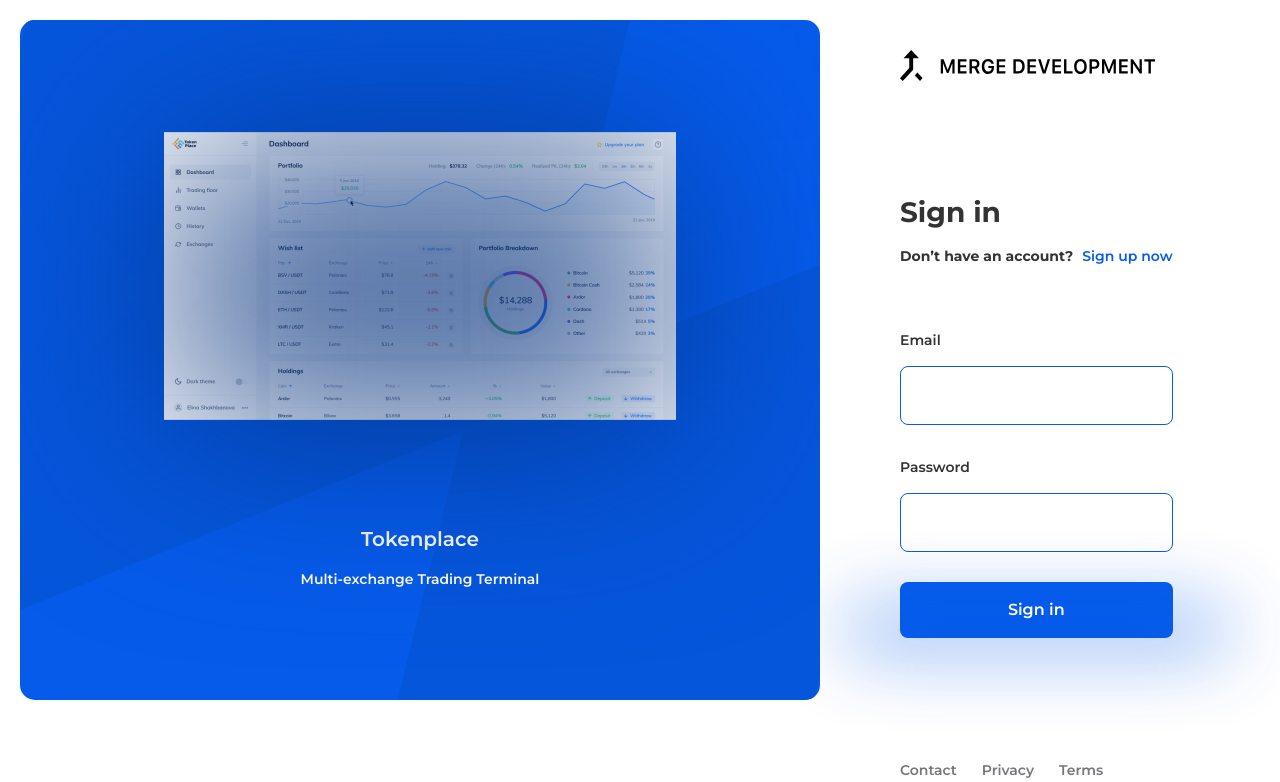
Repository: 13RedFox/form-project
Page: /
These files come from the project's save history. The page is drawn as it stood at one moment and after the next save; the edit follows.
The browser window is 1280 px wide. The pictures show the whole page.
The project was rebuilt for these pictures with package versions that can differ from the ones it lists, and the page was loaded fresh each time.

Above is the page before, as saved 2021-08-04 18:57:52.

### public/index.html
<!DOCTYPE html>
<html lang="en">

<head>
  <meta charset="utf-8" />
  <link rel="icon" href="%PUBLIC_URL%/favicon.ico" />
  <meta name="viewport" content="width=device-width, initial-scale=1" />
  <meta name="theme-color" content="#000000" />
  <meta name="description" content="Web site created using create-react-app" />
  <link rel="apple-touch-icon" href="%PUBLIC_URL%/logo192.png" />
  <link rel="manifest" href="%PUBLIC_URL%/manifest.json" />

  <title>Form Project</title>
  <link rel="preconnect" href="https://fonts.googleapis.com">
  <link rel="preconnect" href="https://fonts.gstatic.com" crossorigin>
  <link href="https://fonts.googleapis.com/css2?family=Montserrat:wght@600;700&display=swap" rel="stylesheet">
</head>

<body>
  <noscript>You need to enable JavaScript to run this app.</noscript>
  <div id="root"></div>
</body>

</html>

### src/index.js
import React from 'react';
import ReactDOM from 'react-dom';
import './index.scss';
import App from './components/App/App';

ReactDOM.render(
  <React.StrictMode>
    <App />
  </React.StrictMode>,
  document.getElementById('root')
);

### src/index.scss
* {
  margin: 0;
  padding: 0;
  box-sizing: border-box;
  font-family: 'Montserrat', -apple-system, BlinkMacSystemFont, 'Segoe UI', 'Roboto', 'Oxygen',
    'Ubuntu', 'Cantarell', 'Fira Sans', 'Droid Sans', 'Helvetica Neue', sans-serif;
  -webkit-font-smoothing: antialiased;
  -moz-osx-font-smoothing: grayscale;
}

### src/components/App/App.jsx
import React from 'react';
import Form from '../Form/Form';
import Slider from '../Slider/Slider';

import styles from './App.module.scss';

function App() {
  return (
    <div className={styles.wrapper}>
      <Slider />
      <Form />
    </div>
  );
}

export default App;

### src/components/Form/Form.jsx
import styles from './Form.module.scss';
import { ReactComponent as LogoIcon } from '../../assets/logo.svg';
import Input from '../Input/Input';
import Button from '../Button/Button';

const Form = () => {
  return (
    <div className={styles.form}>
      <LogoIcon className={styles.icon} />
      <form action="#">
        <h1 className={styles.title}>Sign in</h1>
        <div className={styles.inner}>
          <p className={styles.text}>Don’t have an account?</p>
          <a href="#!" className={styles.signUp}>
            Sign up now
          </a>
        </div>
        <Input label="Email" type="email" className={styles.input} />
        <Input label="Password" type="password" className={styles.input} />
        <Button label="Sign in" disabled={false} className={styles.button} />

        <div className={styles.privacy}>
          <a href="#!" className={styles.privacyText}>
            Contact
          </a>
          <a href="#!" className={styles.privacyText}>
            Privacy
          </a>
          <a href="#!" className={styles.privacyText}>
            Terms
          </a>
        </div>
      </form>
    </div>
  );
};

export default Form;

### src/components/Slider/Slider.jsx
import styles from './Slider.module.scss';

const Slider = () => {
  return (
    <div className={styles.slider}>
      <img src="/top.png" alt="Pic" className={styles.topImage} />
      <div className={styles.card}>
        <div className={styles.wrapperImg}>
          <img src="/slide-1.png" alt="Slider" />
        </div>
        <h2 className={styles.title}>Tokenplace</h2>
        <p className={styles.description}>Multi-exchange Trading Terminal</p>
      </div>
      <img src="/bottom.png" alt="Pic" className={styles.bottomImage} />
    </div>
  );
};

export default Slider;

### src/components/App/App.module.scss
.wrapper {
  max-width: 1440px;
  height: 100vh;
  display: flex;
  background-color: #fff;
  padding: 20px;
  margin: 0 auto;
}

### src/components/Form/Form.module.scss
.form {
  padding-top: 30px;
  color: #333333;
}

.icon {
  cursor: pointer;
  margin-bottom: 110px;
}

.title {
  font-weight: bold;
  font-size: 28px;
  line-height: 34px;
  margin-bottom: 15px;
}

.inner {
  display: flex;
  align-items: center;
  margin-bottom: 60px;
}

.text {
  font-weight: bold;
  font-size: 14px;
  line-height: 24px;
}

.signUp {
  display: flex;
  font-weight: 600;
  font-size: 14px;
  line-height: 24px;
  color: #065bea;
  margin-left: 9px;
  text-decoration: none;
  transition: color 0.15s ease-in-out;

  &:hover {
    color: #0a4ab6;
  }
}

.privacy {
  margin-top: 120px;
}

.privacyText {
  font-weight: 600;
  font-size: 14px;
  line-height: 24px;
  color: #75777a;
  text-decoration: none;
  transition: color 0.15s ease-in-out;
  margin-right: 25px;

  &:last-child {
    margin-right: 0;
  }

  &:hover {
    color: #333;
  }
}

### src/components/Input/Input.jsx
import styles from './Input.module.scss';

const Input = ({ type, label }) => {
  return (
    <label htmlFor="input" className={styles.label}>
      {label}
      <input type={type} className={styles.input} />
    </label>
  );
};

export default Input;

### src/components/Button/Button.jsx
import React from 'react';
import styles from './Button.module.scss';

const Button = ({ label, disabled }) => {
  return (
    <button className={styles.button} disabled={disabled}>
      {label}
    </button>
  );
};

export default Button;

### src/components/Slider/Slider.module.scss
.slider {
  position: relative;
  width: 800px;
  height: 100%;
  background: #065bea;
  border-radius: 15px;
  display: flex;
  justify-content: center;
  align-items: center;
  color: #fff;
  text-align: center;
  margin-right: 80px;
  overflow: hidden;
  z-index: 1;
}

.topImage {
  position: absolute;
  top: -79%;
  left: -50%;
  z-index: -1;
}

.wrapperImg {
  position: relative;
  margin-bottom: 100px;

  &:after {
    content: '';
    position: absolute;
    top: 10px;
    left: 0;
    width: 100%;
    height: 100%;
    background: rgba(0, 46, 123, 0.7);
    filter: blur(100px);
    z-index: 0;
  }
}

.title {
  font-weight: 600;
  font-size: 20px;
  line-height: 26px;
  margin-bottom: 15px;
}

.description {
  font-weight: 600;
  font-size: 14px;
  line-height: 24px;
}

.bottomImage {
  position: absolute;
  bottom: -50%;
  left: 20%;
  z-index: -1;
}

### src/components/Input/Input.module.scss
.label {
  display: flex;
  flex-direction: column;
  font-weight: 600;
  font-size: 14px;
  line-height: 24px;
  color: #333;
  margin-bottom: 30px;
}

.input {
  width: 100%;
  max-width: 420px;
  padding: 20px;

  color: #333;
  background: #ffffff;
  border: 1px solid #065bea;
  border-radius: 8px;

  font-weight: 600;
  font-size: 14px;
  line-height: 17px;
  margin-top: 14px;
}

### src/components/Button/Button.module.scss
.button {
  position: relative;
  width: 100%;
  max-width: 420px;
  padding: 18px 0;
  background: #065bea;
  border-radius: 8px;
  border: none;
  font-weight: 600;
  font-size: 16px;
  line-height: 20px;
  color: #ffffff;
  transition: background-color 0.15s ease-in-out;
  cursor: pointer;
  z-index: 0;

  &:after {
    content: '';
    position: absolute;
    bottom: -5px;
    left: 50%;
    transform: translateX(-50%);
    width: 383px;
    height: 26px;

    background: #065bea;
    opacity: 0.83;
    filter: blur(40px);
    border-radius: 8px;
    z-index: -1;
  }

  &:hover {
    background: #0451d2;
  }

  &:active {
    background: #065bea;
  }

  &:disabled {
    background: #c6d0e0;
    &:after {
      display: none;
    }
  }
}

After the next save:
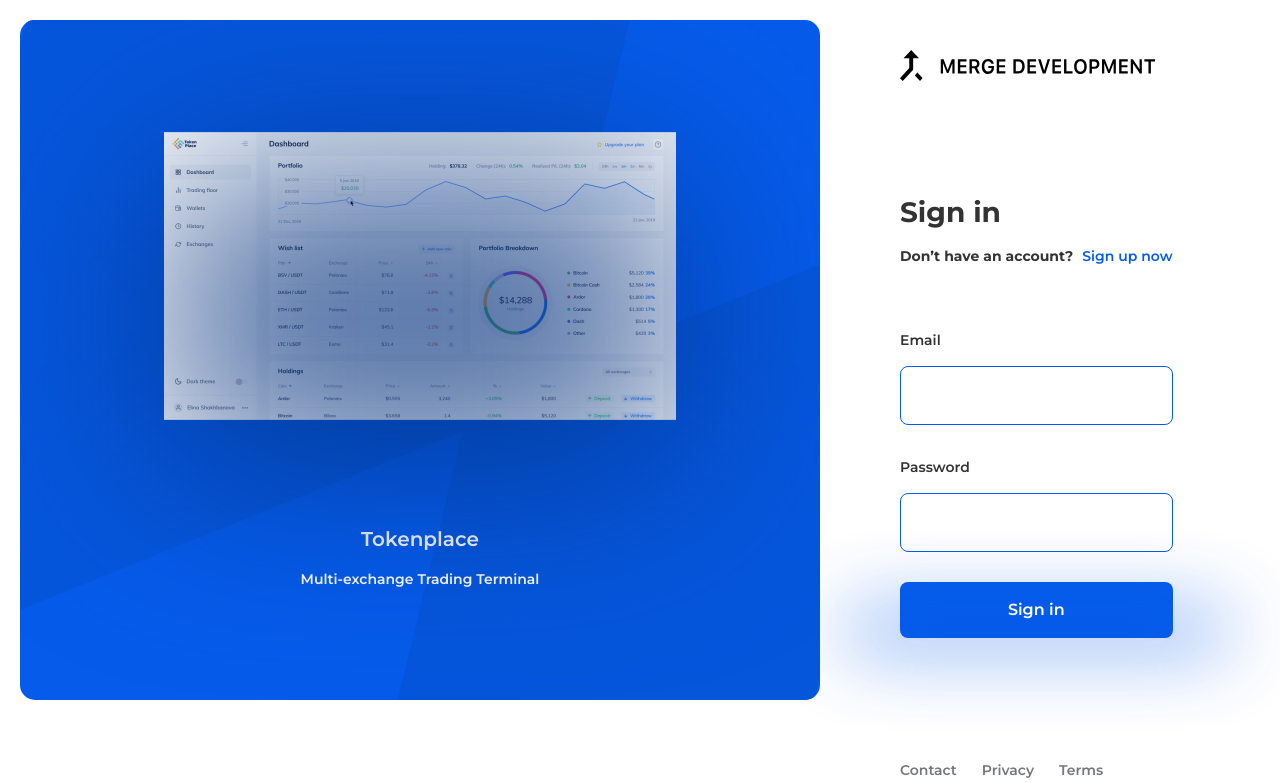
Saved 4 s later.
--- a/src/components/Slider/Slider.module.scss
+++ b/src/components/Slider/Slider.module.scss
@@ -28,7 +28,7 @@
   &:after {
     content: '';
     position: absolute;
-    top: 10px;
+    top: 40px;
     left: 0;
     width: 100%;
     height: 100%;
